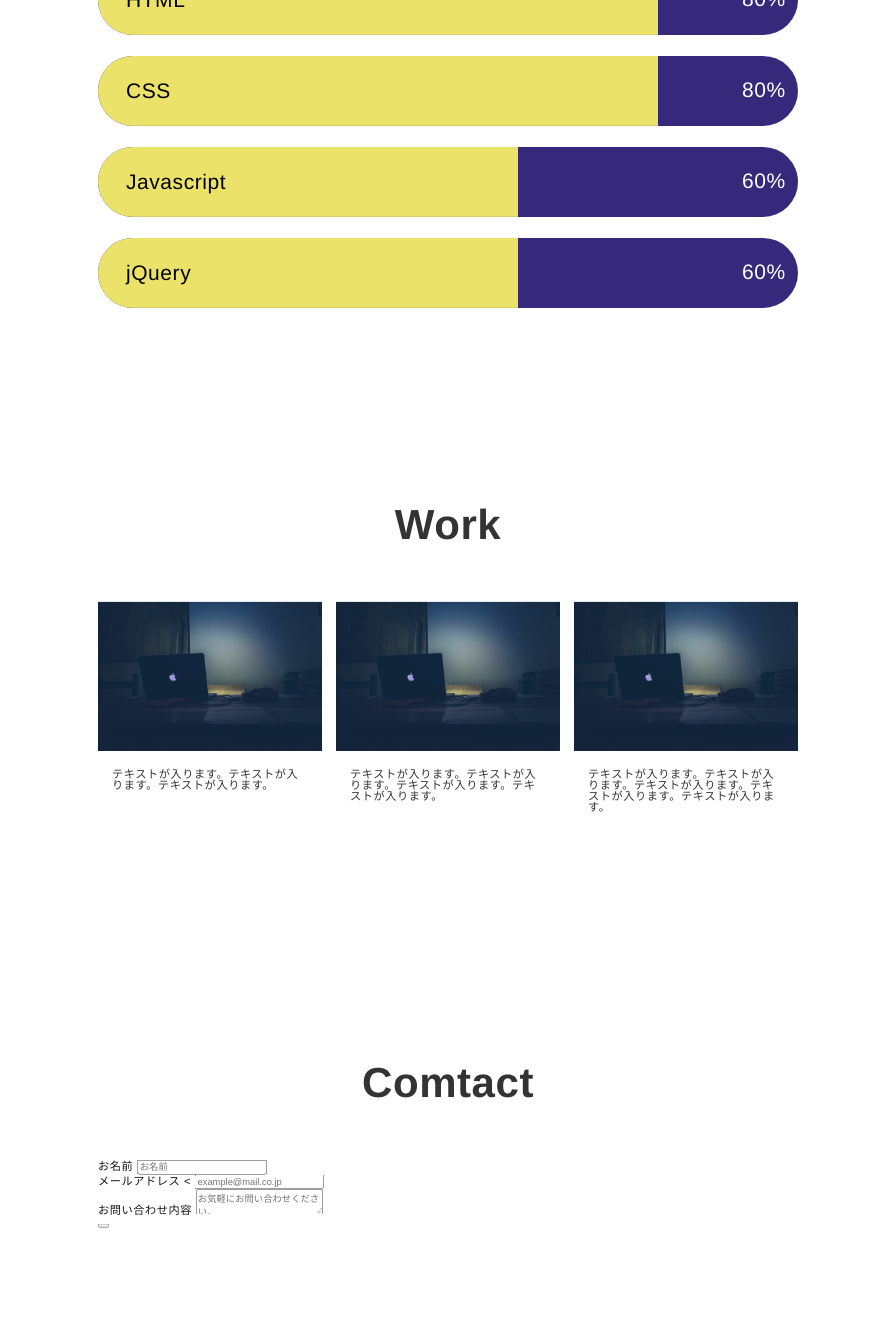
Repository: sadayuki15/portfolio
Page: index.html
An editor plug-in stored every save of this project. The page is shown before and after a run of saves, followed by the edit.
The browser window is 1280 px wide. The pictures show the part of the page from y = 1927 to 3847 px (the page is 3831 px tall before and 3847 px after), at 70% of full size.

Above is the page before, as saved 2021-04-22 21:32:23.

### index.html
<!DOCTYPE html>
<html lang="ja">
<head>
  <meta charset="UTF-8">
  <meta http-equiv="X-UA-Compatible" content="IE=edge">
  <meta name="viewport" content="width=device-width, initial-scale=1.0">
  <link rel="stylesheet" href="./css/reset.css">
  <link rel="stylesheet" href="./css/style.css">
  <title>Document</title>
</head>
<body>
  <!-- header -->
  <header class="header">
    <div class="header-inner">
      <h1 class="header-title">PortFolio</h1>
      <nav class="header-nav">
        <ul class="nav-list">
          <li class="nav-item"><a href="#">Home</a></li>
          <li class="nav-item"><a href="#">About</a></li>
          <li class="nav-item"><a href="#">Skil</a></li>
          <li class="nav-item"><a href="#">Work</a></li>
          <li class="nav-item"><a href="#">Contact</a></li>
        </ul>
      </nav>
    </div>
  </header>
  <!-- //header -->

  <main>
  <!-- fv -->
  <div class="fv">
    <div class="main-copy">
      <p class="main-title">
        SADAYUKI<br>
        NISIYAMA
      </p>
    </div>
  </div>
  <!-- //fv -->

  <!-- About -->
  <div class="section-wrapper">
    <h2 class="section-title">ABOUT</h2>
    <div class="section-inner about">
      <div class="about-img-wrapper">
        <img src="" alt="">
      </div>
      <div class="about-contents">
        <p class="about-text">
          はじめまして、西山禎侑と申します。
        </p>
        <p class="about-text">
          1986年生まれ。鳥取県八頭郡出身。
        </p>
        <p class="about-text">
          地元の大学卒業後、民間企業へ入社。11年間、個人から法人までの営業、事務、企画等（主に金融業務）を経験し退職。
        </p>
        <p class="about-text">
          2021年2月より完全未経験からプログラミングを学習し、フリーランスエンジニアを目指し新たな道へ挑戦。
        </p>
        <p class="about-text">
          目指すは「頼んで良かった」、「またお願いしたい」と言われる人材に。
        </p>
        <p class="about-text">
          コーディング、Webサイト制作のお仕事が可能です。<br>
          お仕事のご相談等、お気軽にお問い合わせ下さい。
        </p>
        <p class="about-text">
          何卒、よろしくお願い致します。
        </p>
      </div>
    </div>
  </div>
  <!-- //About -->

  <!-- skil -->
  <div class="section-wrapper">
    <h2 class="section-title">Skil</h2>
    <div class="section-inner">
      <div class="chart">
        <div id="board">
          <div class="row">
            <span class="label">HTML</span>
            <div class="bar-wrap">
              <div class="bar" data-value="80"></div>
            </div>
            <span class="number">80%</span>
          </div><!-- row -->
          <div class="row">
            <span class="label">CSS</span>
            <div class="bar-wrap">
              <div class="bar" data-value="80"></div>
            </div>
            <span class="number">80%</span>
          </div><!-- row -->
          <div class="row">
            <span class="label">Javascript</span>
            <div class="bar-wrap">
              <div class="bar" data-value="60"></div>
            </div>
            <span class="number">60%</span>
          </div><!-- row -->
          <div class="row">
            <span class="label">jQuery</span>
            <div class="bar-wrap">
              <div class="bar" data-value="60"></div>
            </div>
            <span class="number">60%</span>
          </div><!-- row -->
        </div><!-- board -->
      </div><!-- chart -->
    </div>
  </div>
  <!-- //skil -->

  <!-- works -->
  <div class="section-wrapper">
    <h2 class="section-title">Work</h2>
    <div class="section-inner">
      <ul class="work-list">
        <li class="work-item">
          <a href="">
            <div class="work-img">
              <img src="./img/top2.jpg" alt="">
            </div>
            <p class="work-text">テキストが入ります。テキストが入ります。テキストが入ります。</p>
          </a>
        </li>
        <li class="work-item">
          <a href="">
            <div class="work-img">
              <img src="./img/top2.jpg" alt="">
            </div>
            <p class="work-text">テキストが入ります。テキストが入ります。テキストが入ります。テキストが入ります。</p>
          </a>
        </li>
        <li class="work-item">
          <a href="">
            <div class="work-img">
              <img src="./img/top2.jpg" alt="">
            </div>
            <p class="work-text">テキストが入ります。テキストが入ります。テキストが入ります。テキストが入ります。テキストが入ります。</p>
          </a>
        </li>
      </ul>
    </div>
  </div>
  <!-- //works -->

  <!-- contact -->
  <div class="section-wrapper">
    <h2 class="section-title">Comtact</h2>
    <div class="section-inner">
      <form action="https://docs.google.com/forms/u/0/d/e/1FAIpQLSfCjsqzzj8C34UUE0Mi2WnerATBCsd4cWR83YcoPwhWItEpFQ/formResponse">
        <ul class="contact-list">
          <li class="contact-item">
            <label for="name">お名前</label>
            <input id="name" type="text" name="entry.32834570" placeholder="お名前">
          </li>
        </ul>
        <ul class="contact-list">
          <li class="contact-item">
            <label for="email">メールアドレス</label>
          <
            <input id="email" type="text" name="entry.303714741" placeholder="example@mail.co.jp">
          </li>
        </ul>
        <ul class="contact-list">
          <li class="contact-item">
            <label for="msg">お問い合わせ内容</label>
            <textarea id="msg" name="entry.1496098719" placeholder="お気軽にお問い合わせください。"></textarea>
          </li>
        </ul>
        <button type="submit" name="button" value="送信"></button>
      </form>
    </div>
  </div>
  <!-- //contact -->







  </main>



  <script src="jquery-3.6.0.min.js"></script>
  <script src="index.js"></script>
</body>
</html>

### css/style.css
html {
  font-size: 62.5%;
}
body {
  font-size: 1.6rem;
  letter-spacing: .05em;
  color: #171717;
  font-family: Helvetica, '游ゴシック', 'Yu Gothic', YuGothic, HiraKakuProN-W3, 'メイリオ', Meiryo, sans-serif;
}
ul {
  text-decoration: none;
}
li {
  list-style: none;
}
a {
  text-decoration: none;
}
img {
  width: 100%;
  vertical-align: bottom;
}
/*-------共通-------*/
.section-wrapper {
  padding: 100px 0 100px;
  margin-bottom: 50px;
}
.section-title{
  max-width: 1000px;
  color: #333;
  font-size: 6rem;
  margin: 0 auto 80px;
  padding: 0 30px;
  text-align: center;
}
.section-inner {
  max-width: 1000px;
  margin: 0 auto;
  padding: 0 50px;
}


/*-------header-------*/
.header {
  width: 100%;
  padding: 19px 30px;
  position: absolute;
  top: 0;
  left: 0;
  z-index: 1;
  transition: .3s;
  color: #fff;
  box-sizing: border-box;
}
.header-inner {
  max-width: 1200px;
  margin: 0 auto;
  display: flex;
  justify-content: space-between;
  align-items: center;
  box-sizing: border-box;
}
.header-title {
  font-size: 2.6rem;
}
.nav-list {
  display: flex;
}
.nav-item a {
  display: block;
  color: #fff;
  font-weight: bold;
  text-decoration: none;
  transition: .3s;
}
.nav-item {
  margin-right: 30px;
}
.nav-item:last-of-type {
  margin-right: 0;
}
.nav-item a:hover {
  opacity: .7;
  transition: .3s;
  text-decoration: 3px underline;
}

/*-------fv-------*/
.fv {
  width: 100%;
  height: 100vh;
  min-height: 550px;
  background-image: url(../img/fv-top.jpg);
  background-size: cover;
  background-position: center;
  /* position: relative; */
}
.main-copy {
  position: absolute;
  bottom: 155px;
  left: 120px;
  color: #fff;
  font-weight: bold;
}
.main-title{
  font-size: 15rem;
  text-align: center;
}

.about{
  display: flex;
  justify-content: space-between;
  align-items: center;
}
.about-img-wrapper {
  max-width: 480px;
}
.about-text {
  max-width: 480px;
  margin-bottom: 30px;
  line-height: 1.8;
  font-weight: bold;
}

/*-------skil-------*/
.content {
  width: 100%;
  height: 200px;
  line-height: 200px;
  text-align: center;
}
.chart {
  max-width: 1000px;
  margin: 0 auto;
}
.chart .row {
  position: relative;
  height: 100px;
  margin-bottom: 25px;
}
.chart .row span {
  color: #000;
  font-size: 1.8rem;
}
.chart .row span.label {
  position: absolute;
  top: 35px;
  left: 3%;
  padding-left: 10px;
  text-align: left;
  line-height: 30px;
  z-index: 10;
}
.chart .row .bar-wrap {
  position: relative;
  background: #36297c;
  width: 100%;
  height: 100%;
  overflow: hidden;
  border-radius: 50px;
}
.chart .row .bar-wrap .bar {
  position: absolute;
  top: 0;
  left: 0;
  height: 100%;
  background: #ebe26a;
  transition: all 1s;
  transform: translateX(-100%);
}
.chart .row .bar-wrap .bar.no {
  transform: translateX(0%);
}
.chart .row span.number {
  position: absolute;
  top: 35px;
  right: 3%;
  width: 40px;
  padding-right: 10px;
  text-align: right;
  line-height: 28px;
  z-index: 10;
  color: #fff;
}

/*-------work-------*/
.work-list {
  max-width: 1000px;
  margin: 0 auto 80px;
  display: flex;
  justify-content: space-between;
}
.work-item {
  width: 32%;
}
.work-item a {
  color: #333;
}
.work-text {
  padding: 25px 20px;
}



/*-------media-------*/
@media screen and (min-width: 1000px) {
  .chart .row {
    margin-bottom: 30px;
  }
  .chart .row span {
    color: #000;
    font-size: 3rem;
  }
}

@media screen and (max-width: 1000px) {
  .chart .row {
    margin-bottom: 30px;
  }
  .chart .row span {
    color: #000;
    font-size: 3vw;
  }
}

### index.js
function generateChart(wrapper) {
  let values = [];

  $(wrapper + ' .bar').each(function(index, el) {
    values.push($(this).data('value'));
  });

  $(wrapper + ' .bar').each(function(index, el) {
    let bar = $(this);
    let value = bar.data('value');

    bar.width(value + '%');

    let board = $('#board');
    let boardO = board.offset().top;
    let boardH = board.height();
    let windowH = $(window).height();
    let windowS = $(window).scrollTop();

    if(windowS > boardO - windowH + (windowH / 2) && windowS < boardO + boardH - (boardH / 2)){
      bar.addClass('no');
    }
  });
}

$(window).on('scroll', function(event) {
  generateChart('#board');
});

Loaded but not shown: css/reset.css (common file); jquery-3.6.0.min.js (library)

After the next 2 saves:
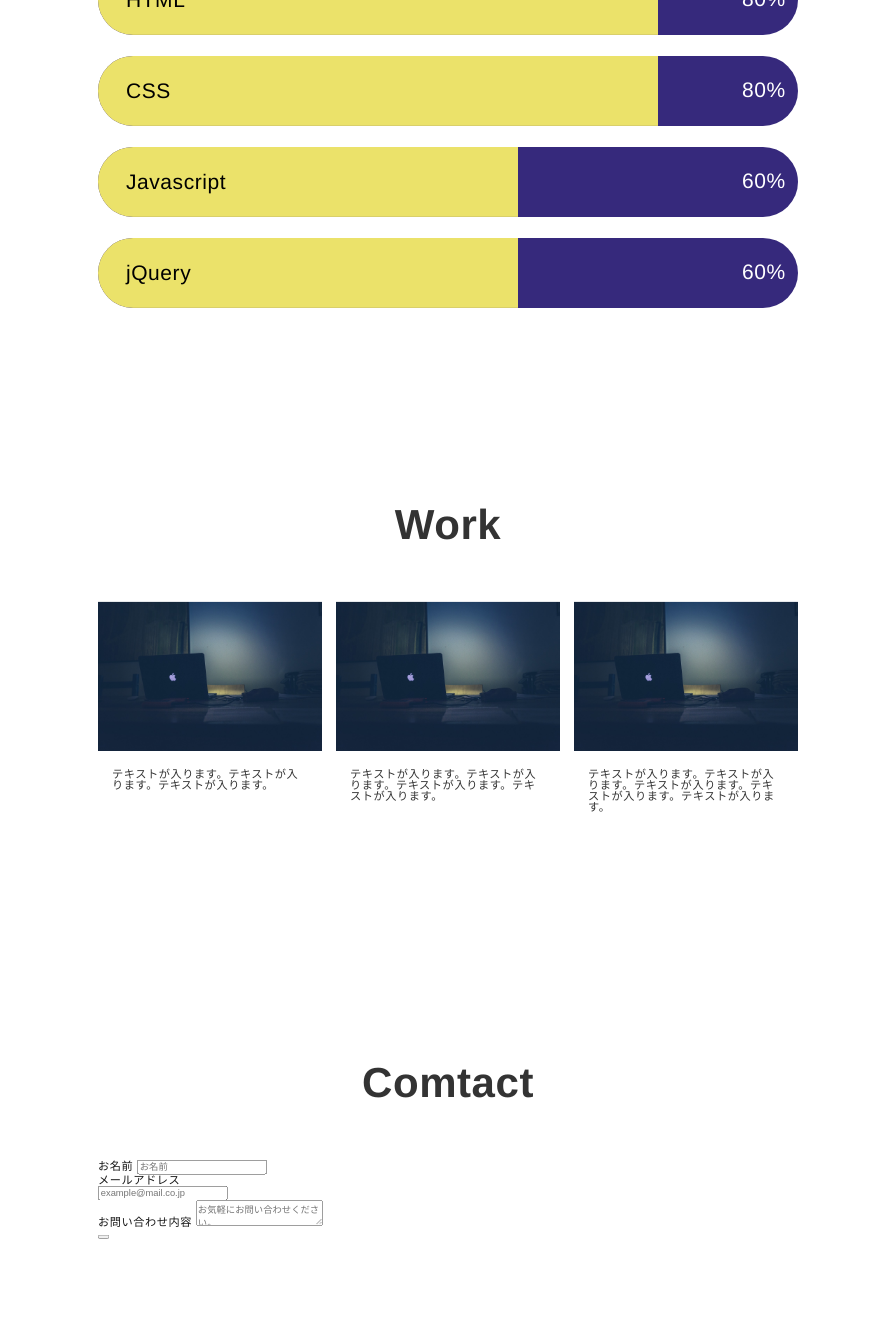
The 2 saves are shown as one change because they came seconds apart.
The last was saved 7 s later.
--- a/index.html
+++ b/index.html
@@ -161,7 +161,8 @@
         <ul class="contact-list">
           <li class="contact-item">
             <label for="email">メールアドレス</label>
-          <
+          </li>
+
             <input id="email" type="text" name="entry.303714741" placeholder="example@mail.co.jp">
           </li>
         </ul>
